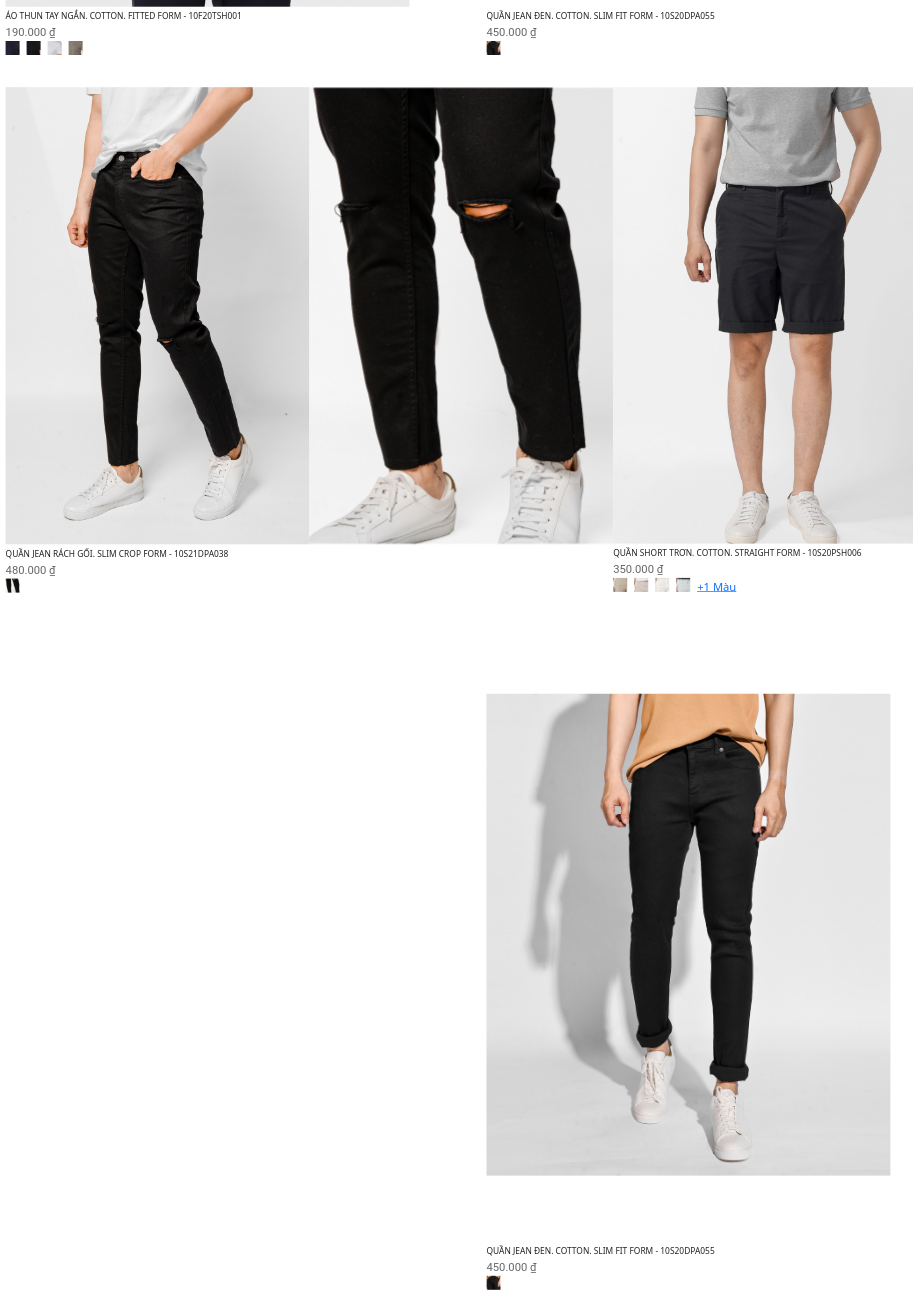
Repository: NguyenQuangQuan021099/FE_Page-Male
Page: Danh sách/page1.html
An editor plug-in stored every save of this project. The page is shown before and after the next save, followed by the edit.
The browser window is 1280 px wide. The page is 1305 px wide, so the pictures cover 1305 px, including what lies to the right of the window. The pictures show the part of the page from y = 3632 to 5512 px (the page is 5512 px tall), at 70% of full size.
Some web libraries are served in a nearby version.

Above is the page before, as saved 2021-07-02 11:40:12.

After the next save:
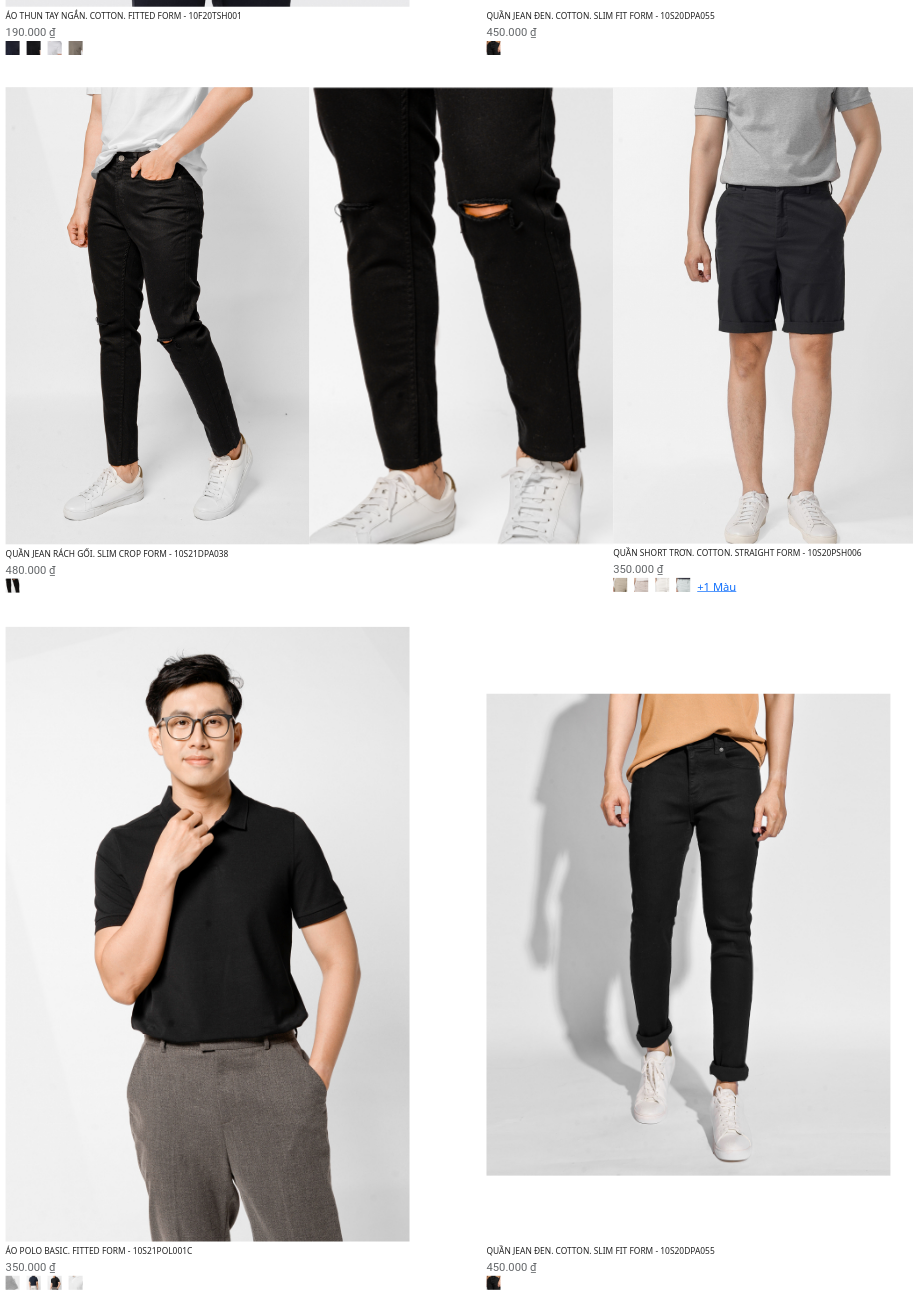
Saved 42 s later.
--- a/Danh sách/page1.html
+++ b/Danh sách/page1.html
@@ -278,7 +278,33 @@
           <li class="product-item items">
             <!-- begin ao polo basic -->
             <div class="product__item__info">
-
+              <a href="#"><img  class="img-responsive1 " src="./img/Áo polo basic/mausac_black_10s21pol001c_2__1.jpg" ></a>
+              <div class="sub__div">
+                <a href="#" class="content"> Áo Polo basic. FITTED form - 10S21POL001C</a> <br>
+                <span class="price">350.000&nbsp;₫</span>
+                <div class="mini__img">
+                  <a class="img__mini-11-1" href="http://google.com">
+                    <div class="sub__content">
+                      NIGHT SKY
+                    </div>
+                  </a>
+                  <a class="img__mini-11-2" href="http://google.com">
+                    <div class="sub__content">
+                      REAL BLACK
+                    </div>
+                  </a>
+                  <a class="img__mini-11-3" href="http://google.com">
+                    <div class="sub__content">
+                      BRIGHT WHITE
+                    </div>
+                  </a>
+                  <a class="img__mini-11-4" href="http://google.com">
+                    <div class="sub__content">
+                      BUNGEE CORD
+                    </div>
+                  </a>
+                </div>
+              </div>
             </div>
             <!-- end ao polo basic -->
 
